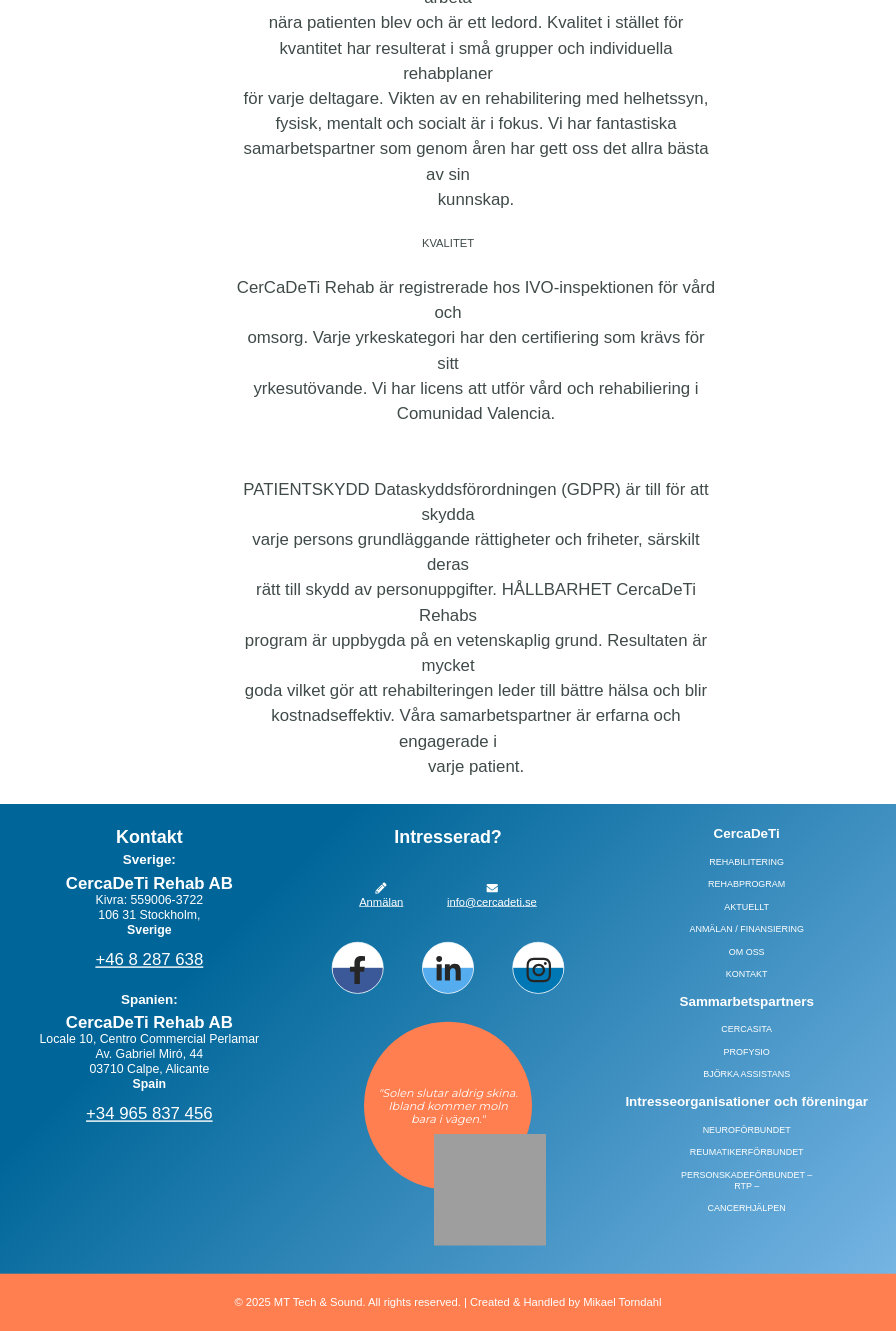
Repository: micketorndahl/CercaDeTi-rehab
Page: om-oss.html
These files come from the project's save history. The page is drawn as it stood at one moment and after the next save; the edit follows.
The browser window is 1280 px wide. The pictures show the part of the page from y = 1461 to 3381 px (the page is 3363 px tall before and 3381 px after), at 70% of full size.
Pictures or frames that could not be fetched are drawn as grey boxes. The page's requests for data from a server got no answer. Backgrounds fixed to the window are drawn as part of the page. Some web fonts or font styles are not loaded; a fallback is used. Some web libraries are served in a nearby version.

Above is the page before, as saved 2025-02-01 22:53:17.
Console error: TypeError: Cannot read properties of null (reading 'addEventListener')

After the next save:
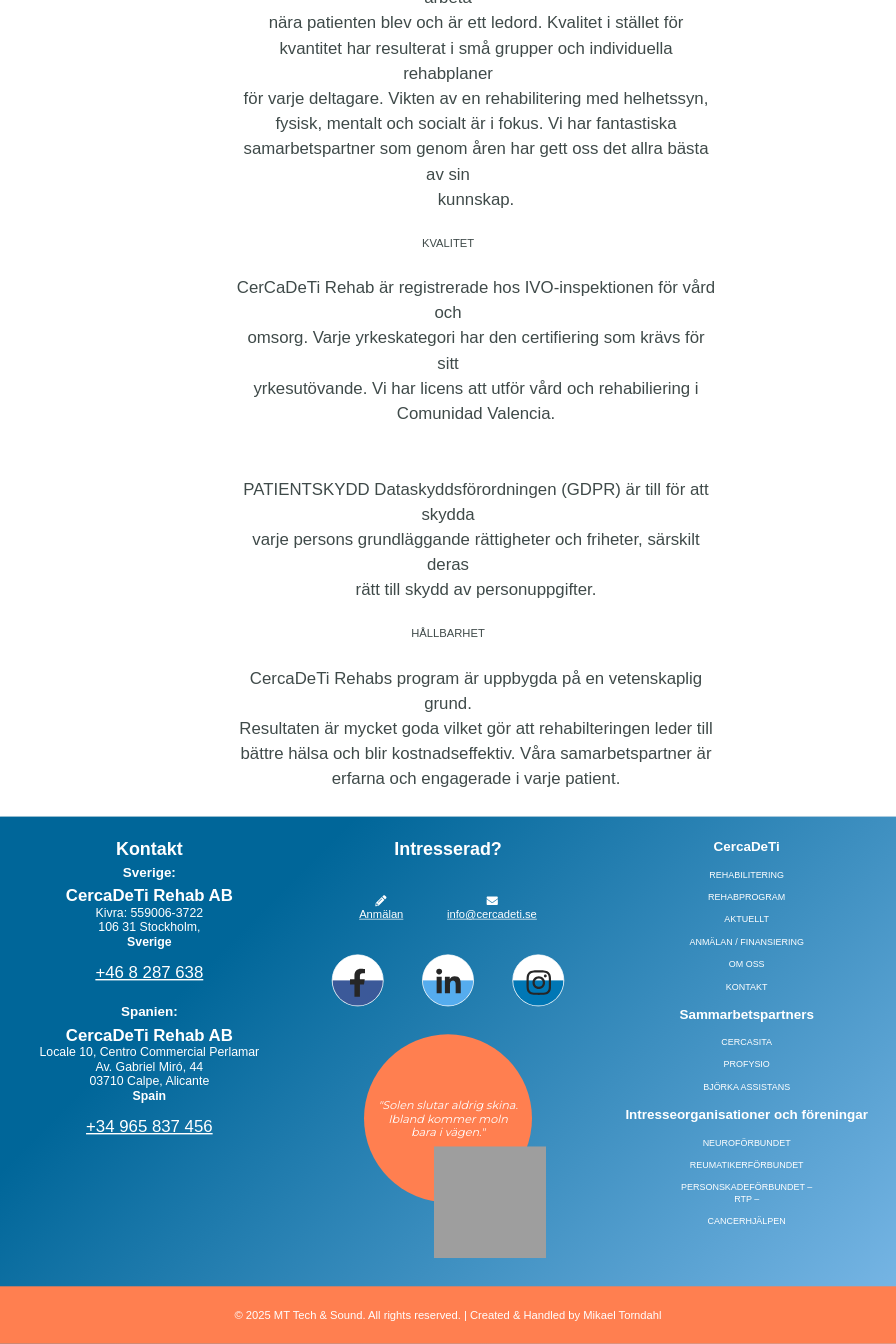
Saved 21 s later.
--- a/om-oss.html
+++ b/om-oss.html
@@ -113,11 +113,16 @@
           <p>
             PATIENTSKYDD Dataskyddsförordningen (GDPR) är till för att skydda
             varje persons grundläggande rättigheter och friheter, särskilt deras
-            rätt till skydd av personuppgifter. HÅLLBARHET CercaDeTi Rehabs
-            program är uppbygda på en vetenskaplig grund. Resultaten är mycket
-            goda vilket gör att rehabilteringen leder till bättre hälsa och blir
-            kostnadseffektiv. Våra samarbetspartner är erfarna och engagerade i
-            varje patient.
+            rätt till skydd av personuppgifter.
+          </p>
+
+          HÅLLBARHET
+
+          <p>
+            CercaDeTi Rehabs program är uppbygda på en vetenskaplig grund.
+            Resultaten är mycket goda vilket gör att rehabilteringen leder till
+            bättre hälsa och blir kostnadseffektiv. Våra samarbetspartner är
+            erfarna och engagerade i varje patient.
           </p>
         </section>
         <aside class="sidebar-right">
